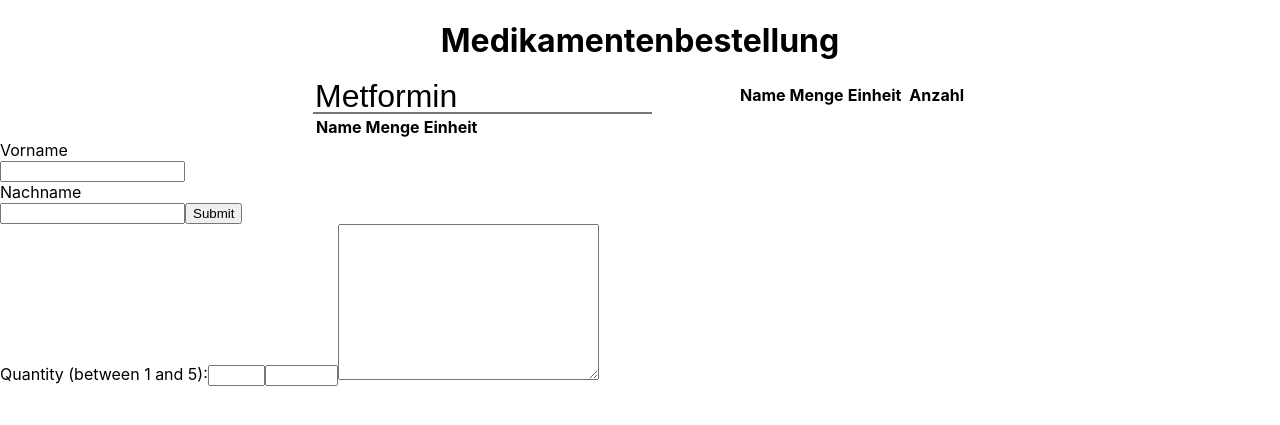
Repository: Esatollah/MedDemo
Page: / (app in client/)
These files come from the project's save history. The page is drawn as it stood at one moment and after the next save; the edit follows.
The browser window is 1280 px wide. The pictures show the whole page.
The page's requests for data from a server got no answer. The project was rebuilt for these pictures with package versions that can differ from the ones it lists, and the page was loaded fresh each time. No one was signed in, and anything a server would have sent is missing. Also part of the build but not shown: client/src/App.css.

Above is the page before, as saved 2022-06-02 16:49:32.

After the next save:
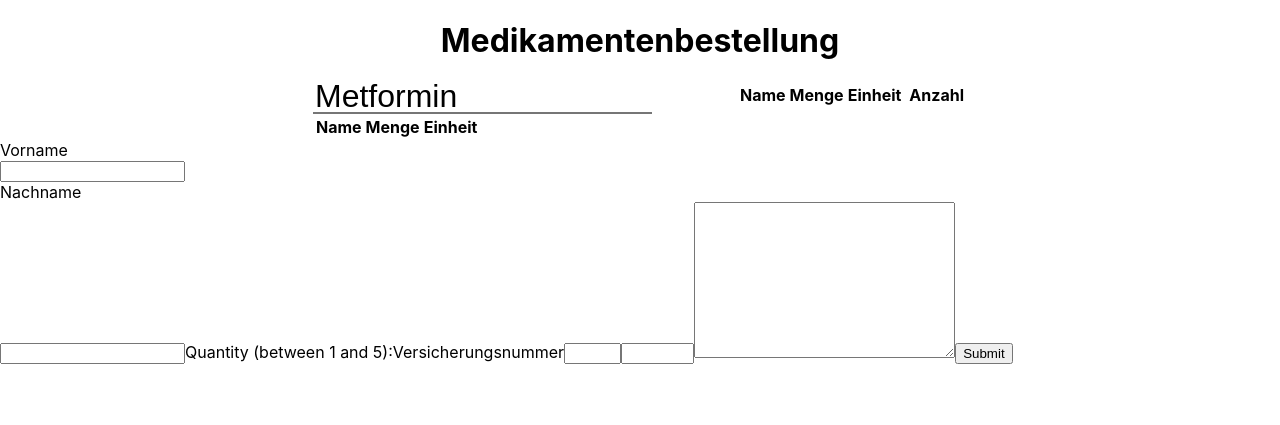
Saved 105 s later.
--- a/client/src/components/Form.jsx
+++ b/client/src/components/Form.jsx
@@ -8,12 +8,13 @@ const Form = props => {
             <input type="text" id="fname" name="fname" required/><br/>
             <label for="lname">Nachname</label><br />
             <input type="text" id="lname" name="lname" required />
-            <input type="submit" value="Submit"></input><br />
             <label for="quantity">Quantity (between 1 and 5):</label>
+            <label for="pin">Versicherungsnummer</label>
             <input type="text" id="pin" name="pin" size="4" maxLength="4" required/>
-            <input type="text" id="pin" name="pin" size="6" maxLength={6} required/>
+            <input type="text" id="bday" name="bday" size="6" maxLength={6} required/>
             <textarea name="message" rows="10" cols="30">
             </textarea>
+            <input type="submit" value="Submit"></input><br />
         </form>
     </div>
 
